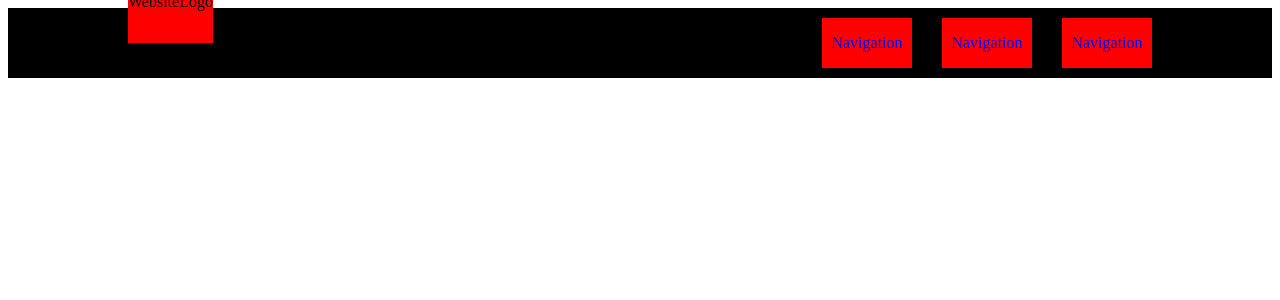
Repository: piotrokrutniak/Projekt-Studia
Page: index.html
The author's editor kept a copy of each file at every save. The page is drawn from the files as they stood at one save, then again after the next save.
The browser window is 1280 px wide. The pictures show the whole page.

Above is the page before, as saved 2023-03-04 02:46:40.

### index.html
<!DOCTYPE html>
<head>
    <meta charset="UTF-8" />
    <meta http-equiv="X-UA-Compatible" content="IE=edge" />
    <meta name="viewport" content="width=device-width, initial-scale=1.0" />
    <link rel="stylesheet" type="text/css" href="styles.css" />
    <title>Website Title</title>
</head>
<body>
    <div class="navbar-container">
        <div class="navbar">
            <div class="logo">WebsiteLogo</div>
            <div class="navigation">
                <a href="/index" class="navigation-link">
                    <div class="navigation-button">
                        Navigation
                    </div>
                </a>
                <a href="/index" class="navigation-link">
                    <div class="navigation-button">
                        Navigation
                    </div>
                </a>
                <a href="/index" class="navigation-link">
                    <div class="navigation-button">
                        Navigation
                    </div>
                </a>
            </div>
        </div>
    </div>
</body>

### styles.css
.navbar-container{
    width: 100%;
    height: 70px;
    background: black;
    position: sticky;
    top: 0;
}

.navbar{
    position: relative;
    max-width: 1024px;
    min-width: 328px;
    top: 0px;
    margin: auto;
    display: flex;
    flex-direction:row;
    justify-content: space-between;
    top: 50%;
    -ms-transform: translateY(-50%);
    transform: translateY(-50%);

}

a{
    text-decoration: none;
}

.navigation-link{
    position: relative;
    background: red;
    height: 50px;

}

.navigation-link:hover{
    border-bottom: 2px solid;
    border-color: aqua;

}

.navigation{
    display: grid;
    grid-template-columns: 90px 90px 90px;
    grid-gap: 30px;
}

.navigation-button{
    text-align: center;
    position: relative;
    top: 50%;
    -ms-transform: translateY(-50%);
    transform: translateY(-50%);
}

.logo{
    position: relative;
    background: red;
    height: 50px;

    text-align: center;
    position: relative;
    top: 50%;
    -ms-transform: translateY(-50%);
    transform: translateY(-50%);
}

After the next save:
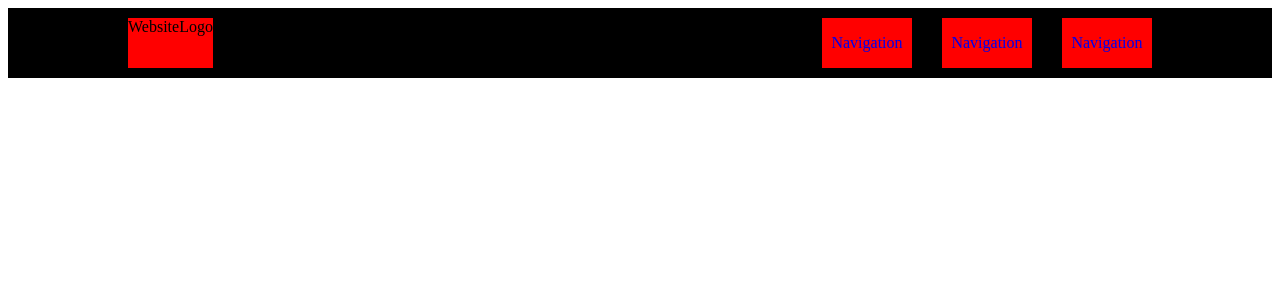
Saved 20 s later.
--- a/styles.css
+++ b/styles.css
@@ -56,7 +56,9 @@ a{
     position: relative;
     background: red;
     height: 50px;
+}
 
+.logo-contents{
     text-align: center;
     position: relative;
     top: 50%;
